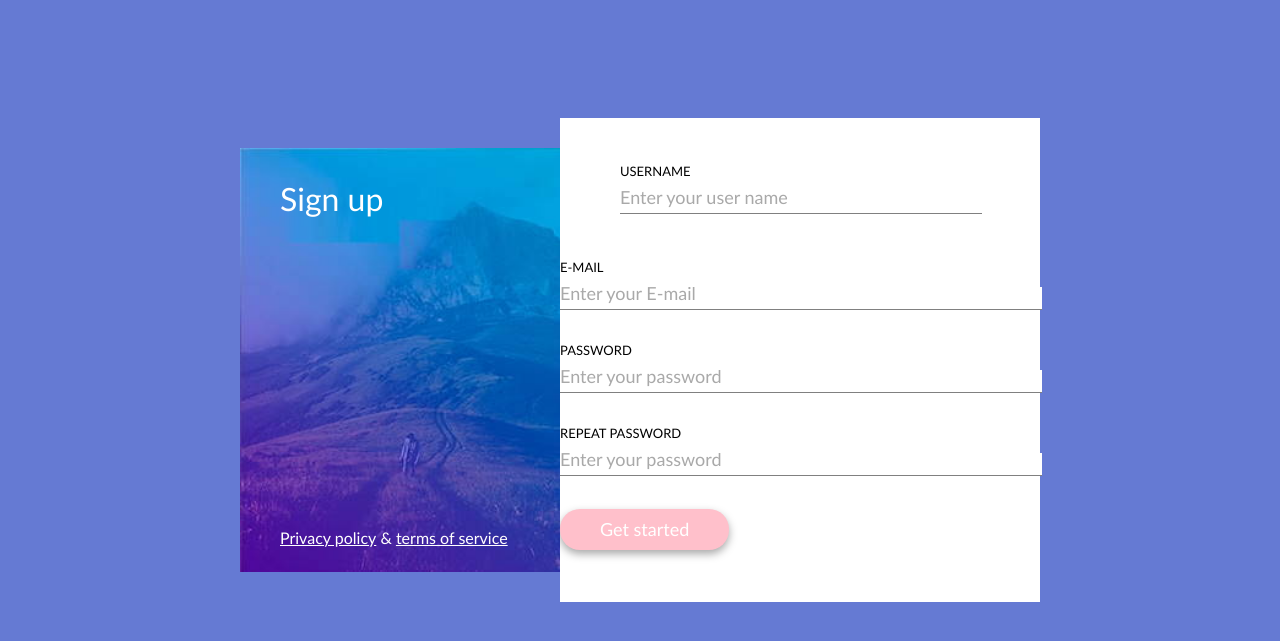
Repository: RugileG/registracijos-forma
Page: index.html
The author's editor kept a copy of each file at every save. The page is drawn from the files as they stood at one save, then again after a run of saves.
The browser window is 1280 px wide. The pictures show the whole page.

Above is the page before, as saved 2021-05-18 11:06:26.

After the next 3 saves:
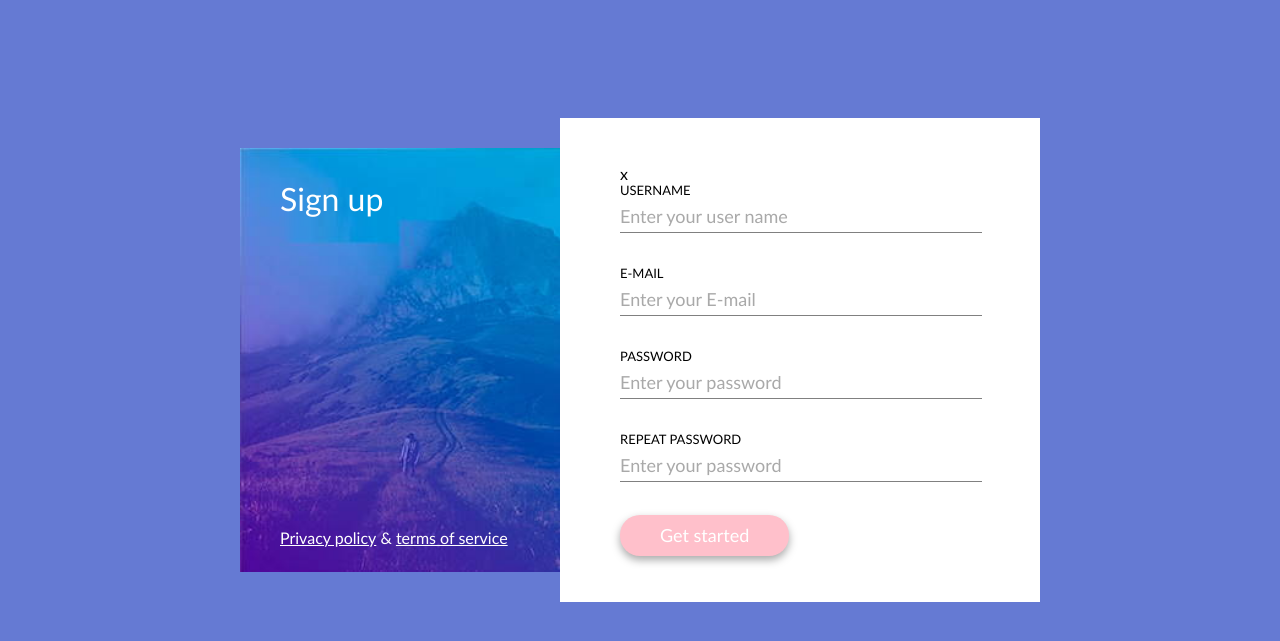
The 3 saves are shown as one change because they came seconds apart.
The last was saved 10 s later.
--- a/index.html
+++ b/index.html
@@ -147,7 +147,7 @@
         </div>
         <div class='right-column'>
             <div class='right-column-container'>
-                <span
+                <span class='close'>x</span>
                 <div class='input'>
                     <label for='username'>USERNAME</label>
                     <input placeholder='Enter your user name' type='text' id='username' name='username' />
